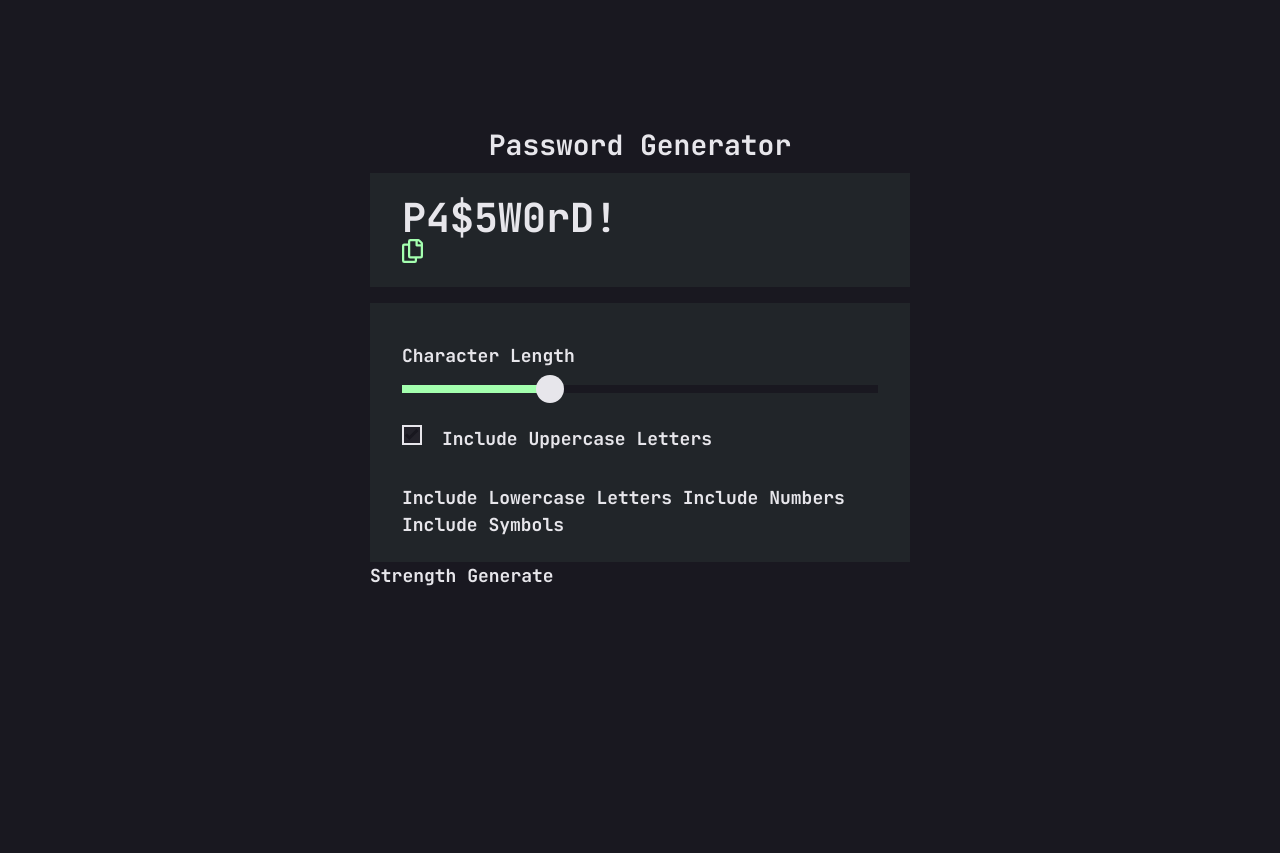
Repository: blordeus/password-generator-app
Page: starter-code/index.html
An editor plug-in stored every save of this project. The page is shown before and after a run of saves, followed by the edit.
The browser window is 1280 px wide. The pictures show the whole page.

Above is the page before, as saved 2023-10-05 20:11:50.

### starter-code/index.html
<!DOCTYPE html>
<html lang="en">
<head>
  <meta charset="UTF-8">
  <meta name="viewport" content="width=device-width, initial-scale=1.0">
  <link href="https://cdn.jsdelivr.net/npm/bootstrap@5.3.2/dist/css/bootstrap.min.css" rel="stylesheet" integrity="sha384-T3c6CoIi6uLrA9TneNEoa7RxnatzjcDSCmG1MXxSR1GAsXEV/Dwwykc2MPK8M2HN" crossorigin="anonymous">
  <script src="https://cdn.jsdelivr.net/npm/bootstrap@5.3.2/dist/js/bootstrap.bundle.min.js" integrity="sha384-C6RzsynM9kWDrMNeT87bh95OGNyZPhcTNXj1NW7RuBCsyN/o0jlpcV8Qyq46cDfL" crossorigin="anonymous" defer></script>
  <link rel="icon" type="image/png" sizes="32x32" href="./assets/images/favicon-32x32.png">
  <link rel="stylesheet" href="./assets/style.css">
  <link href="https://fonts.googleapis.com/css2?family=JetBrains+Mono:wght@700&display=swap" rel="stylesheet">
  <title>Frontend Mentor | Password generator app</title>
</head>
<body>
<main class="main">

    <h1 class="fs-3 title text-grey">Password Generator</h1>

    <div class="field bg-dark fs-1 flex">
      <p id="fieldText" class="fieldText text-grey">P4$5W0rD!</p>
      <div class="copy flex">
        <p id="copyMsg" class="fs-3 uppercase text-green">copied</p>
        <img id="copyIcon" src="./assets/images/icon-copy.svg" alt="">
      </div>
    </div>

    <div class="options bg-dark">
      <label for="slider" class="sliderLabel flex">Character Length <span class="sliderValue fs-1 text-green" id="sliderValue"></span></label>
      <input type="range" class="slider" name="slider" id="slider" min="5" max="15" value="8">
      <div class="checkboxes flex">
        <label for="inclUppercase" class="checkboxLabel" id="inclUppercase">
          <input type="checkbox" name="inclUppercase" id="inclUppercase">
          Include Uppercase Letters
          <span class="checkmark"><img src="./assets/images/icon-check.svg" alt="checked-icon"></span>
        </label>
      </div>
      Include Lowercase Letters
      Include Numbers
      Include Symbols
    </div>
    <div>
      Strength
      Generate
    </div>
</main>

</body>
</html>

### starter-code/assets/style.css
/* ------------------- */
/* Custom properties   */
/* ------------------- */

:root {
    /* colors */
    --clr-darkGrey: 248 10% 15%;
    --clr-grey: 251 9% 53%;
    --clr-almostWhite: 252 11% 91%;
    --clr-veryDarkGrey: 248 15% 11%;
    --clr-neonGreen: 127 100% 82%;
    --clr-red: 0 91% 63%;
    --clr-orange: 13 95% 66%;
    --clr-yellow: 42 91% 68%;

    /* font-sizes */
    --fs-1: 1.5rem;
    --fs-2: 1.125rem;
    --fs-3: 1rem;
  }

  @media (min-width: 35em) {
    :root {
      --fs-1: 2rem;
      --fs-2: 1.5rem;
      --fs-3: 1.125rem;
    }
  }

  /* ------------------- */
  /* Reset               */
  /* ------------------- */

  /* https://piccalil.li/blog/a-modern-css-reset/ */

  /* Box sizing */
  *,
  *::before,
  *::after {
    box-sizing: border-box;
  }

  /* Reset margins */
  body,
  h1,
  h2,
  h3,
  h4,
  h5,
  p,
  figure,
  picture {
    margin: 0;
  }

  h1,
  h2,
  h3,
  h4,
  h5,
  h6,
  p {
    font-weight: 400;
  }

  /* set up the body */
  body {
    font-family: "JetBrains Mono", monospace;
    font-size: var(--fs-3);
    font-weight: 700;
    color: hsl(var(--clr-almostWhite));
    background-color: hsl(var(--clr-veryDarkGrey));
    min-height: 100vh;

    overflow-x: hidden;
  }

  /* make images easier to work with */
img,
picture {
  max-width: 100%;
  display: block;
}

/* make form elements easier to work with */
input,
button,
textarea,
select {
  font: inherit;
}

/* typography */

.uppercase {
    text-transform: uppercase;
  }

  .fs-1 {
    font-size: var(--fs-1);
    line-height: 2rem;
  }

  .fs-2 {
    font-size: var(--fs-2);
    line-height: 1.485rem;
  }

  .fs-3 {
    font-size: var(--fs-3);
    line-height: 1.32rem;
  }

  @media (min-width: 35em) {
    .fs-1 {
      line-height: 2.64rem;
    }

    .fs-2 {
      line-height: 1.98rem;
    }

    .fs-3 {
      line-height: 1.485rem;
    }
  }

  /*     Layout     */
/* -------------- */

.main {
    margin-top: 4rem;
    margin-inline: 1rem;
  }

  @media (min-width: 35em) {
    .main {
      max-width: 33.75rem;
      margin-top: 8.3125rem;
      margin-inline: auto;
    }
  }

  .title {
    text-align: center;
    margin-block: 0;
    margin-bottom: 1rem;
  }

  .field {
    padding: 1rem;
    justify-content: space-between;
    align-items: center;
    margin-bottom: 1rem;
  }

  @media (min-width: 35em) {
    .field {
      padding: 1.5rem 2rem;
    }
  }

  .copy {
    gap: 1rem;
    align-items: center;
  }

  #copyMsg {
    display: none;
  }

  .copyIcon:hover {
    cursor: pointer;
  }

  .copyIcon:hover .copyIconPath {
    fill: white;
  }

  .options {
    padding: 1rem;
  }

  @media (min-width: 35em) {
    .options {
      padding: 1.5rem 2rem;
    }
  }

  .sliderLabel {
    justify-content: space-between;
    align-items: center;
  }

  .slider {
    width: 100%;
    margin-top: 1rem;
    margin-bottom: 2rem;
  }

  input[type="range"] {
    -webkit-appearance: none;
    background: hsl(var(--clr-veryDarkGrey));
    accent-color: white;
    cursor: pointer;
    height: 8px;
    background-image: linear-gradient(
      hsl(var(--clr-neonGreen)),
      hsl(var(--clr-neonGreen))
    );
    background-size: 30% 100%;
    background-repeat: no-repeat;
  }

  input[type="range"]::-webkit-slider-thumb {
    height: 28px;
    width: 28px;
    background: hsl(var(--clr-almostWhite));
    -webkit-appearance: none;
    border-radius: 14px;
  }

  input[type="range"]:hover::-webkit-slider-thumb {
    background: hsl(var(--clr-veryDarkGrey));
    border: 2px solid hsl(var(--clr-neonGreen));
    -webkit-appearance: none;
  }

  .checkboxes {
    flex-direction: column;
    gap: 1rem;
    margin-bottom: 2rem;
  }

  /* Customize the label (the container) */
  .checkboxLabel {
    display: block;
    position: relative;
    padding-left: 2.5rem;
    cursor: pointer;
    -webkit-user-select: none;
    -moz-user-select: none;
    -ms-user-select: none;
    user-select: none;
  }

  /* Hide the browser's default checkbox */
  .checkboxLabel input {
    position: absolute;
    opacity: 0;
    cursor: pointer;
    height: 0;
    width: 0;
  }

  /* Create a custom checkbox */
  .checkmark {
    position: absolute;
    top: 0;
    left: 0;
    height: 20px;
    width: 20px;
    background-color: hsl(var(--clr-darkGrey));
    border: 2px solid hsl(var(--clr-almostWhite));
    display: flex;
    justify-content: center;
    align-items: center;
  }

  /* On mouse-over, add a background color */
  .checkboxLabel:hover input ~ .checkmark {
    border-color: hsl(var(--clr-neonGreen));
  }

  /* When the checkbox is checked, add a background */
  .checkboxLabel input:checked ~ .checkmark {
    background-color: hsl(var(--clr-neonGreen));
    border-color: hsl(var(--clr-neonGreen));
  }

  /* Create the checkmark/indicator (hidden when not checked) */
  .checkmark:after {
    content: "";
    position: absolute;
    display: none;
  }

  /* Show the checkmark when checked */
  .checkboxLabel input:checked ~ .checkmark:after {
    display: block;
  }

  .strength {
    background-color: hsl(var(--clr-veryDarkGrey));
    padding: 1rem;
    justify-content: space-between;
    align-items: center;
    margin-bottom: 1rem;
  }

  .strengthLvl {
    align-items: center;
  }

  .strengthLvl p {
    margin-right: 0.5rem;
  }

  .bars {
    width: 10px;
    height: 28px;
    border: 2px solid hsl(var(--clr-almostWhite));
    margin-left: 0.5rem;
  }

  .button {
    width: 100%;
    padding-top: 1.125rem;
    padding-bottom: 1.125rem;
    border: 2px solid hsl(var(--clr-neonGreen));
  }

  .button:hover {
    background-color: hsl(var(--clr-darkGrey));
    color: hsl(var(--clr-neonGreen));
    cursor: pointer;
  }

  .button svg {
    margin-left: 1rem;
  }

  .button:hover path {
    fill: hsl(var(--clr-neonGreen));
  }

  .alert {
    display: none;
    text-align: center;
    color: hsl(var(--clr-red));
  }

  /*  Level Classes */

  .tooWeak {
    background-color: hsl(var(--clr-red));
    border: 2px solid hsl(var(--clr-red));
  }

  .weak {
    background-color: hsl(var(--clr-orange));
    border: 2px solid hsl(var(--clr-orange));
  }

  .medium {
    background-color: hsl(var(--clr-yellow));
    border: 2px solid hsl(var(--clr-yellow));
  }

  .strong {
    background-color: hsl(var(--clr-neonGreen));
    border: 2px solid hsl(var(--clr-neonGreen));
  }

After the next 3 saves:
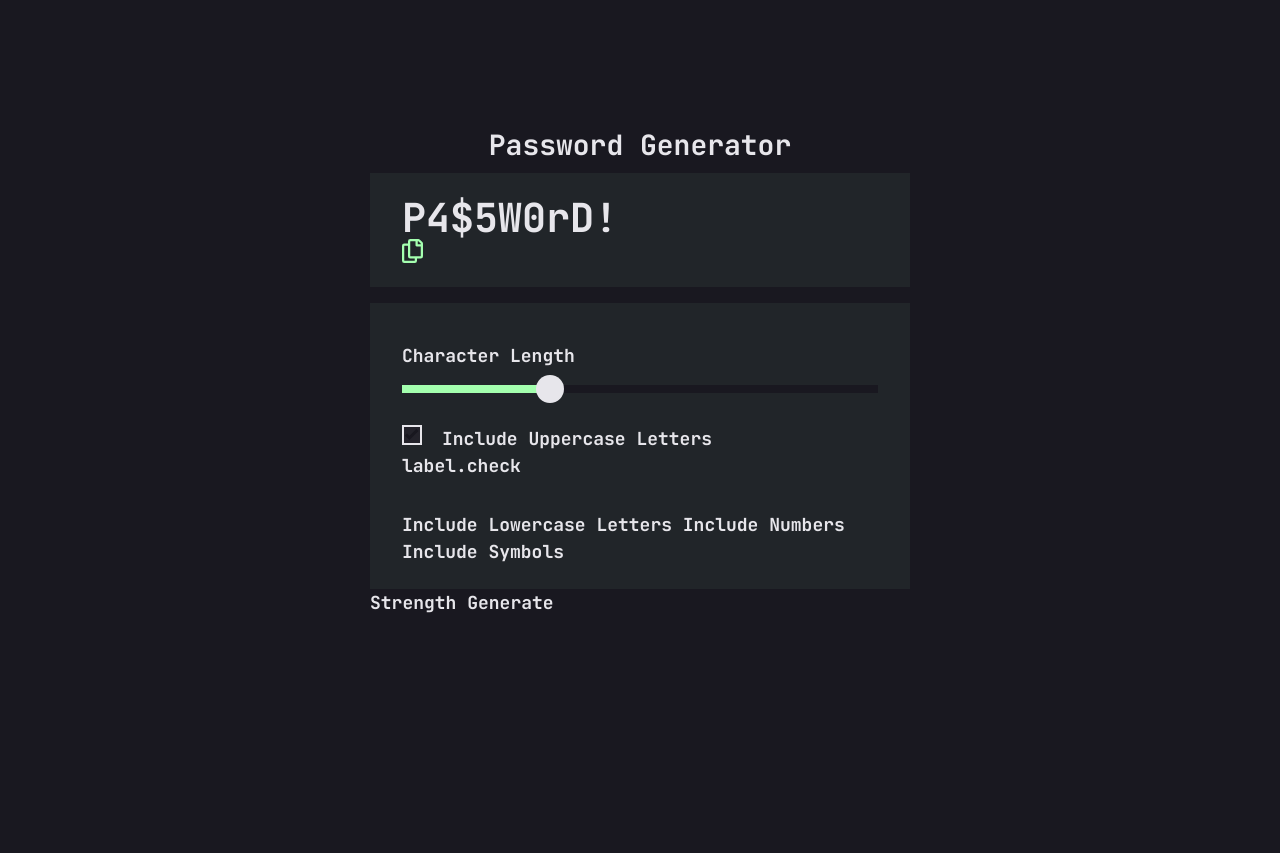
The 3 saves are shown as one change because they came seconds apart.
The last was saved 19 s later.
--- a/starter-code/index.html
+++ b/starter-code/index.html
@@ -32,6 +32,7 @@
           Include Uppercase Letters
           <span class="checkmark"><img src="./assets/images/icon-check.svg" alt="checked-icon"></span>
         </label>
+        label.check
       </div>
       Include Lowercase Letters
       Include Numbers

After the 3 saves that followed:
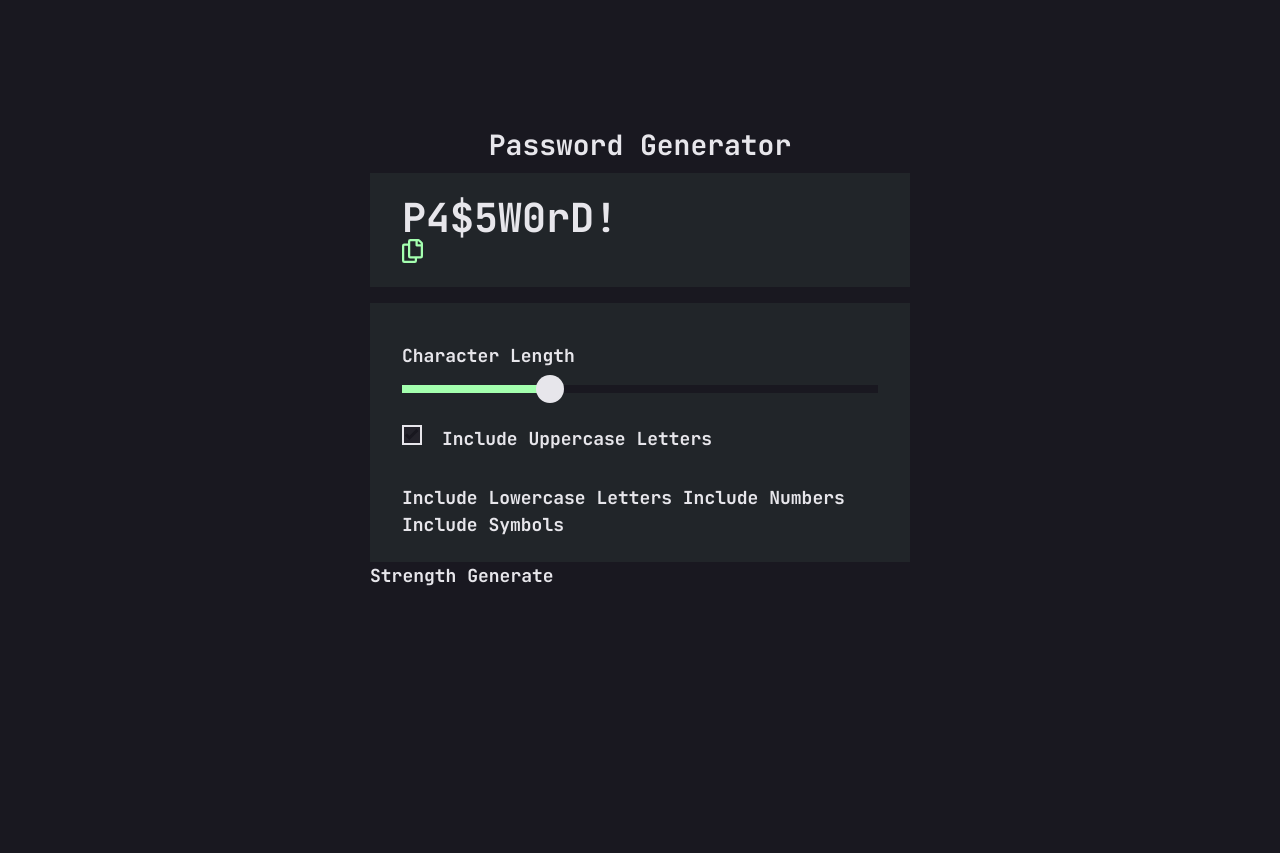
The 3 saves are shown as one change because they came seconds apart.
The last was saved 7 s later.
--- a/starter-code/index.html
+++ b/starter-code/index.html
@@ -32,7 +32,7 @@
           Include Uppercase Letters
           <span class="checkmark"><img src="./assets/images/icon-check.svg" alt="checked-icon"></span>
         </label>
-        label.check
+        <label for="" class="checkboxLabel"></label>
       </div>
       Include Lowercase Letters
       Include Numbers
